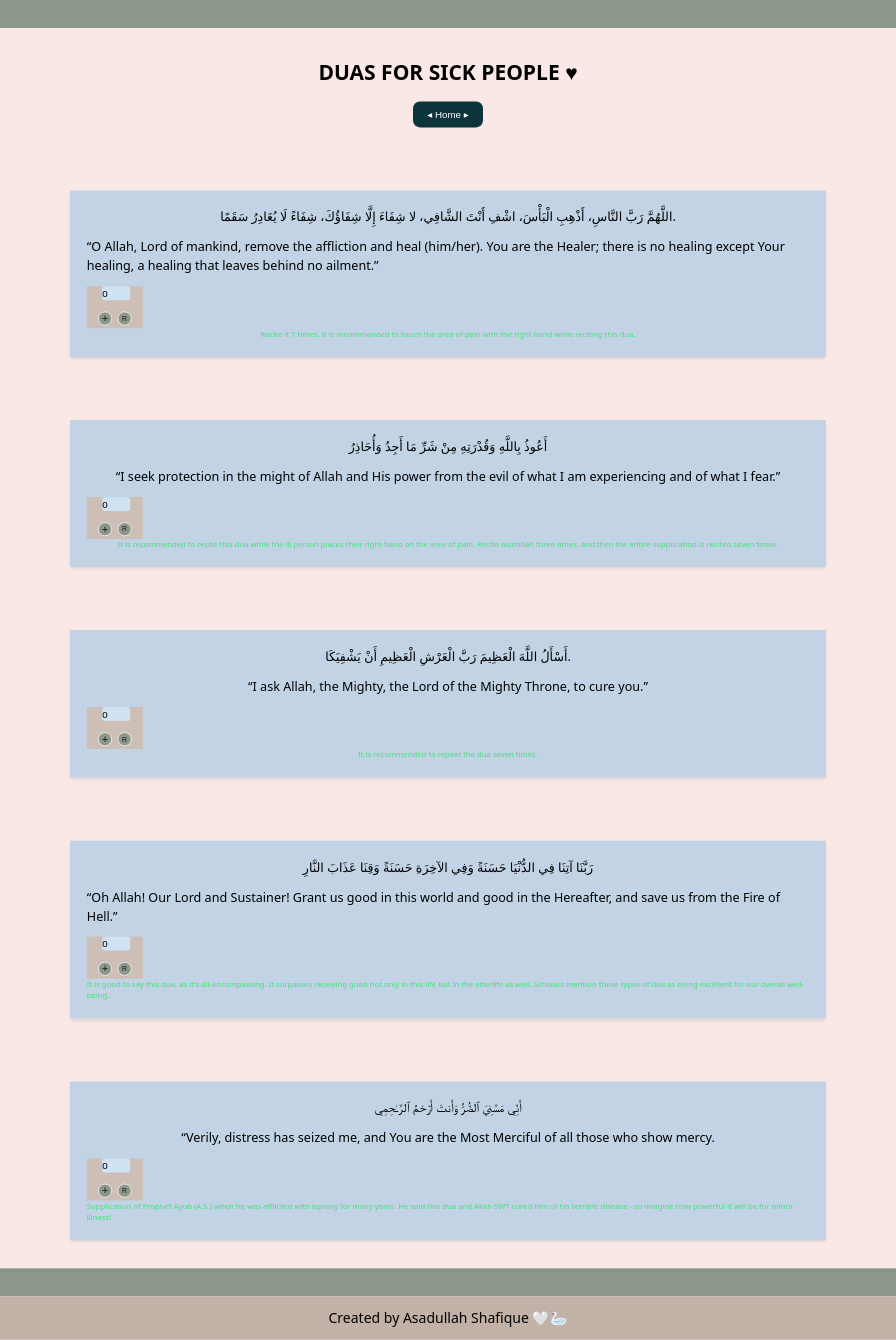
Repository: asadullah48/Duas_Diary
Page: /sick
The author's editor kept a copy of each file at every save. The page is drawn from the files as they stood at one save, then again after the next save.
The browser window is 1280 px wide. The pictures show the whole page, at 70% of full size.
The project was rebuilt for these pictures with package versions that can differ from the ones it lists, and the page was loaded fresh each time. The framework's server and built-in components were replaced by stand-ins that run in the browser. Also part of the build but not shown: next.config.ts.

Above is the page before, as saved 2024-11-30 10:08:41.

### src/app/layout.tsx
import type { Metadata } from "next";
import localFont from "next/font/local";
import "./globals.css";
import Footer from "../components/footer";

const geistSans = localFont({
  src: "./fonts/GeistVF.woff",
  variable: "--font-geist-sans",
  weight: "100 900",
});
const geistMono = localFont({
  src: "./fonts/GeistMonoVF.woff",
  variable: "--font-geist-mono",
  weight: "100 900",
});

export const metadata: Metadata = {
  title: "Create Next App",
  description: "Generated by create next app",
};

export default function RootLayout({
  children,
}: Readonly<{
  children: React.ReactNode;
}>) {
  return (
    <html lang="en">
      <body
        className={`${geistSans.variable} ${geistMono.variable} antialiased`}
      >
        {children}
        <Footer/>
      </body>
    </html>
  );
}

### src/app/sick/page.tsx
import Link from "next/link";
import LightPinkSection from "@/components/props";
import Button from "@/components/button";

export default function Sick() {
  return (
    <div className="w-full h-auto bg-[#8D988D] flex justify-center items-center py-10">
      <div className="w-[95%] lg:w-[1300px] h-auto bg-[#F9E8E5] p-5 lg:p-10 rounded-md shadow-md">
        <div className="font-sans font-bold text-[24px] lg:text-[30px] text-black text-center mb-5">
          DUAS FOR SICK PEOPLE ♥
        </div>
        <Link href="/">
          <button className="bg-[#0c343d] text-white text-[12px] lg:text-[14px] mt-3 mb-5 mx-auto block rounded-[10px] px-5 py-2">
            ◂ Home ▸
          </button>
        </Link>

        {/* Dua Sections */}
        <LightPinkSection
          paragraph="اللَّهُمَّ رَبَّ النَّاسِ، أَذْهِبِ الْبَأْسَ، اشْفِ أَنْتَ الشَّافِي، لا شِفَاءَ إِلَّا شِفَاؤُكَ، شِفَاءً لَا يُغَادِرُ سَقَمًا."
          paragraph2="“O Allah, Lord of mankind, remove the affliction and heal (him/her). You are the Healer; there is no healing except Your healing, a healing that leaves behind no ailment.”"
          buttonText={<Button />}
          note="Recite it 7 times. It is recommended to touch the area of pain with the right hand while reciting this dua."
        />
        <LightPinkSection
          paragraph="أَعُوذُ بِاللَّهِ وَقُدْرَتِهِ مِنْ شَرِّ مَا أَجِدُ وَأُحَاذِرُ"
          paragraph2="“I seek protection in the might of Allah and His power from the evil of what I am experiencing and of what I fear.”"
          buttonText={<Button />}
          note="It is recommended to recite this dua while the ill person places their right hand on the area of pain. Recite bismillah three times, and then the entire supplication is recited seven times."
        />
        <LightPinkSection
          paragraph="أَسْأَلُ اللَّهَ الْعَظِيمَ رَبَّ الْعَرْشِ الْعَظِيمِ أَنْ يَشْفِيَكَا."
          paragraph2="“I ask Allah, the Mighty, the Lord of the Mighty Throne, to cure you.”"
          buttonText={<Button />}
          note="It is recommended to repeat the dua seven times."
        />
        <LightPinkSection
          paragraph="رَبَّنَا آتِنَا فِي الدُّنْيَا حَسَنَةً وَفِي الآخِرَةِ حَسَنَةً وَقِنَا عَذَابَ النَّارِ"
          paragraph2="“Oh Allah! Our Lord and Sustainer! Grant us good in this world and good in the Hereafter, and save us from the Fire of Hell.”"
          buttonText={<Button />}
          note="It is good to say this dua, as it's all-encompassing. It surpasses receiving good not only in this life but in the afterlife as well. Scholars mention these types of dua as being excellent for our overall well-being."
        />
        <LightPinkSection
          paragraph="أَنِّي مَسَّنِيَ ٱلضُّرُّ وَأَنتَ أَرۡحَمُ ٱلرَّـٰحِمِي"
          paragraph2="“Verily, distress has seized me, and You are the Most Merciful of all those who show mercy."
          buttonText={<Button />}
          note="Supplication of Prophet Ayub (A.S.) when he was afflicted with leprosy for many years. He said this dua and Allah SWT cured him of his terrible disease - so imagine how powerful it will be for minor illness!"
        />
      </div>
    </div>
  );
}

### src/components/footer.tsx
// components/Footer.tsx
export default function Footer() {
    return (
      <footer className="w-full bg-[#C1B1A6] py-4">
        <div className="text-center text-black font-sans text-[16px] sm:text-[18px] lg:text-[20px]">
          Created by Asadullah Shafique 🤍🦢
        </div>
      </footer>
    );
  }

### src/components/props.tsx
import { ReactNode } from "react";

type SectionProps = {
  paragraph: string;
  buttonText: ReactNode;
  paragraph2: string;
  note: string; // Allows JSX elements, strings, or components
};

export default function LightPinkSection({
  paragraph,
  buttonText,
  paragraph2,
  note,
}: SectionProps) {
  return (
    <div className="w-[90%] bg-[#bfd3e4f5] p-6 rounded-lg mx-auto shadow-md mt-[90px]">
      <p className="text-black text-[18px] font-sans mb-4 flex justify-center">
        {paragraph}
      </p>
      <p className="text-black text-[18px] font-sans mb-4 flex justify-center">
        {paragraph2}
      </p>
      <div>{buttonText}</div>
      <p className="text-green-400 text-[11px] font-sans flex justify-center">
        {note}
      </p>
    </div>
  );
}

### src/components/button.tsx
"use client";

import { useState } from "react";

export default function Button() {
  // hook, event ke against ui ko update krna
  let [count, setcount] = useState(0); //returns array ik element hota hai jese yaha pr 0 hai  ik function aur jo function hota hai woh humari value hoti h
  console.log(count);

  const handleClick = () => {
    setcount(count + 1); //re-renders new value
  };

  const handleReset = () => {
    setcount(0); // reset back to 0
  };

  return (
    <div className="bg-[#CEBFB6] w-[80px] h-[60px] flex flex-col items-center justify-between">
      <p className="text-black w-[40px] flex text-sm bg-[#cfe2f3] rounded ml-1">
        {count}
      </p>

      <div className="flex space-x-2 mt-2">
        <button
          onClick={handleClick}
          className="bg-[#8D988D] w-[20px] h-[20px] px-1 py-1 rounded-full border mt-1 mb-1 border-white flex items-center justify-center text-center"
        >
          +
        </button>

        {/* Reset Button */}
        <button
          onClick={handleReset}
          className="bg-[#8D988D] w-[20px] h-[20px] px-1 py-1 rounded-full border mt-1 mb-1 border-white flex items-center justify-center text-[10px] text-center"
        >
          R
        </button>
      </div>
    </div>
  );
}

Loaded but not shown: src/app/globals.css (common file); tailwind.config.ts (common file)

After the next save:
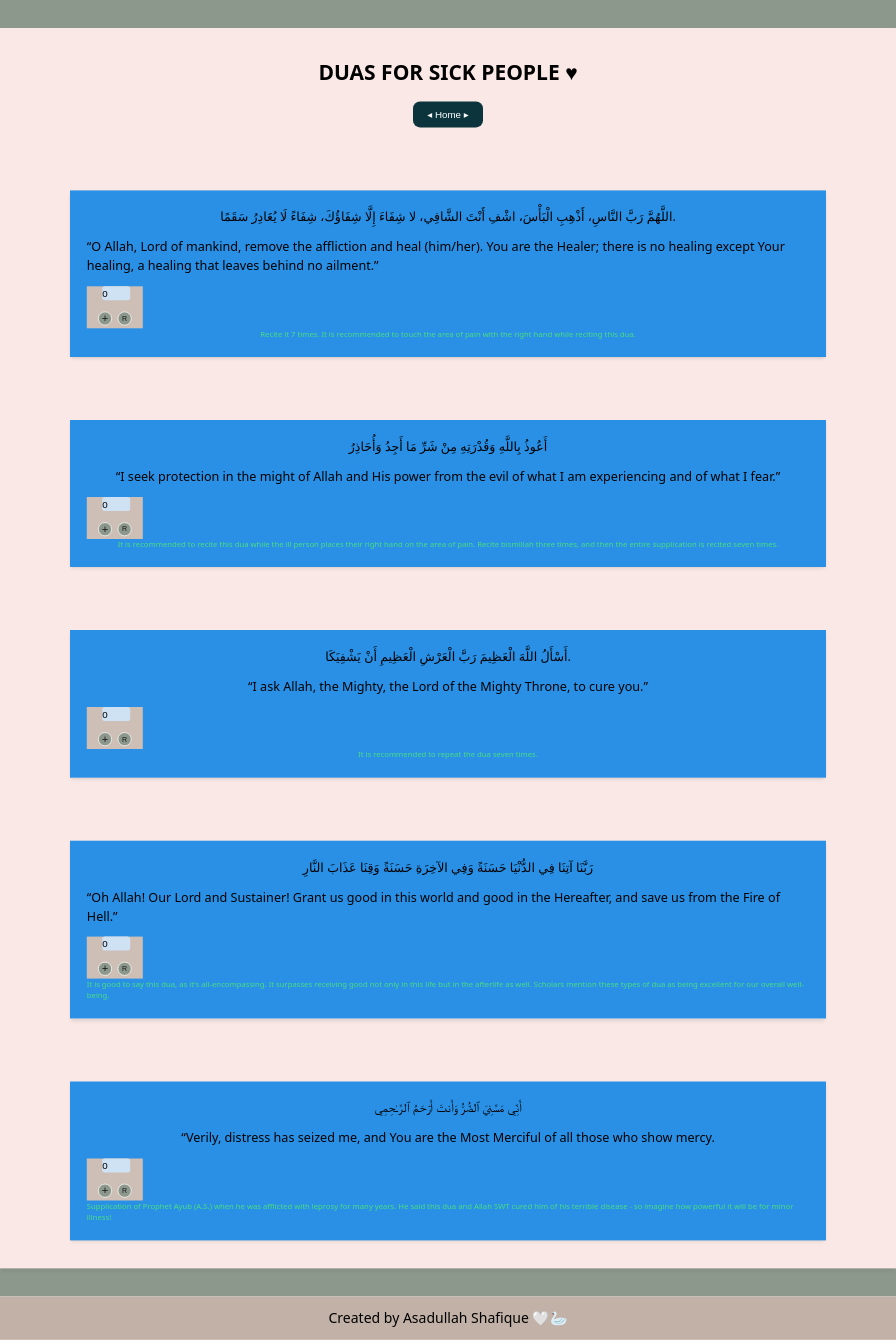
Saved 7 s later.
--- a/src/components/props.tsx
+++ b/src/components/props.tsx
@@ -14,7 +14,7 @@ export default function LightPinkSection({
   note,
 }: SectionProps) {
   return (
-    <div className="w-[90%] bg-[#bfd3e4f5] p-6 rounded-lg mx-auto shadow-md mt-[90px]">
+    <div className="w-[90%] bg-[#218de6f5] p-6 rounded-lg mx-auto shadow-md mt-[90px]">
       <p className="text-black text-[18px] font-sans mb-4 flex justify-center">
         {paragraph}
       </p>
